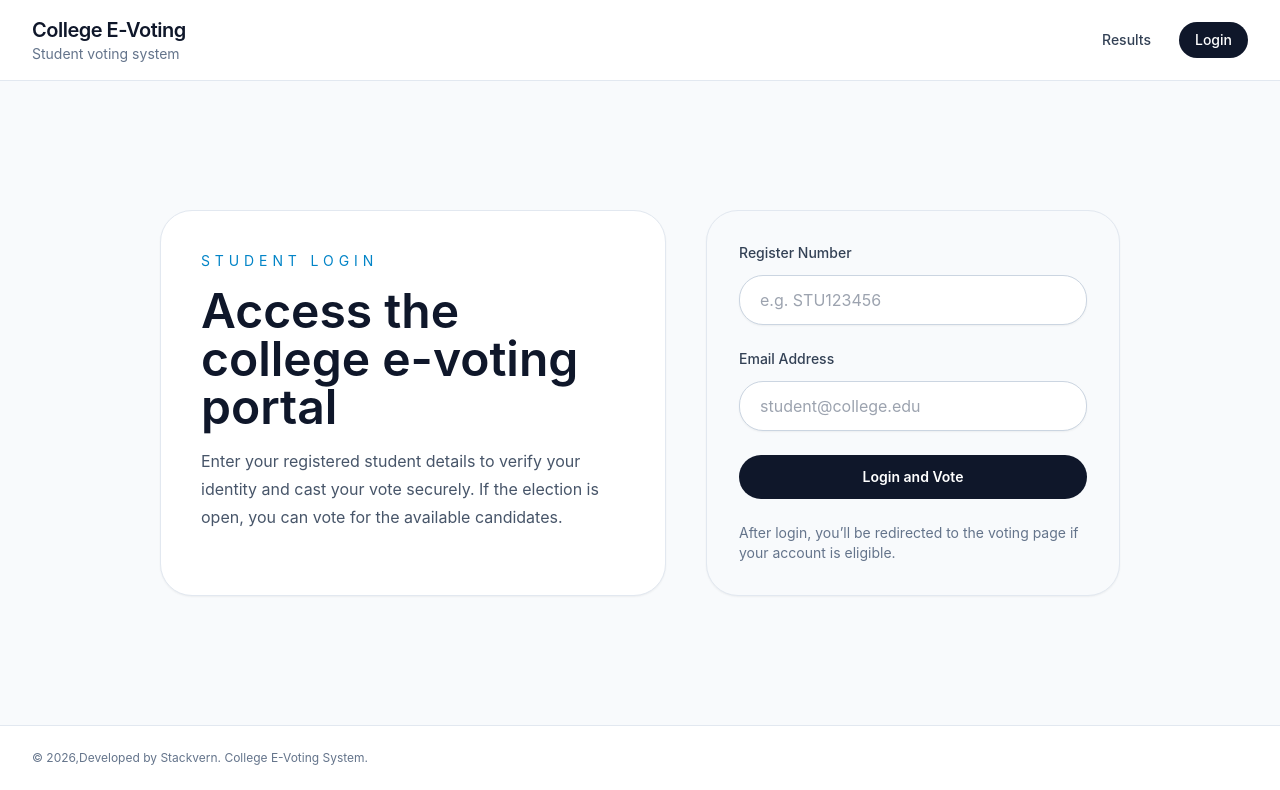
Repository: stackvern/college-evoting
Page: / (app in client/)
These files come from the project's save history. The page is drawn as it stood at one moment and after the next save; the edit follows.
The browser window is 1280 px wide. The pictures show the whole page.
The project was rebuilt for these pictures with package versions that can differ from the ones it lists, and the page was loaded fresh each time. Also part of the build but not shown: client/vite.config.js, client/src/components/ProtectedRoute.jsx, client/src/components/AdminProtectedRoute.jsx, client/src/pages/VotePage.jsx, client/src/pages/ResultPage.jsx, client/src/pages/AdminLoginPage.jsx, client/src/pages/AdminDashboard.jsx.

Above is the page before, as saved 2026-07-19 12:29:40.

### client/index.html
<!DOCTYPE html>
<html lang="en">
  <head>
    <meta charset="UTF-8" />
    <meta name="viewport" content="width=device-width, initial-scale=1.0" />
    <title>College E-Voting System</title>
  </head>
  <body>
    <div id="root"></div>
    <script type="module" src="/src/main.jsx"></script>
  </body>
</html>

### client/src/App.jsx
import React from 'react';
import { Navigate, Route, Routes } from 'react-router-dom';
import Layout from './components/Layout';
import ProtectedRoute from './components/ProtectedRoute';
import AdminProtectedRoute from './components/AdminProtectedRoute';
import LoginPage from './pages/LoginPage';
import VotePage from './pages/VotePage';
import ResultPage from './pages/ResultPage';
import AdminLoginPage from './pages/AdminLoginPage';
import AdminDashboard from './pages/AdminDashboard';

function App() {
  return (
    <Routes>
      <Route path="/" element={<Layout />}>
        <Route index element={<Navigate to="/login" replace />} />
        <Route path="login" element={<LoginPage />} />
        <Route path="vote" element={<ProtectedRoute><VotePage /></ProtectedRoute>} />
        <Route path="results" element={<ResultPage />} />
        <Route path="admin/login" element={<AdminLoginPage />} />
        <Route path="admin" element={<AdminProtectedRoute><AdminDashboard /></AdminProtectedRoute>} />
        <Route path="*" element={<Navigate to="/login" replace />} />
      </Route>
    </Routes>
  );
}

export default App;

### client/src/index.css
@tailwind base;
@tailwind components;
@tailwind utilities;

:root {
  color-scheme: light;
}

body {
  margin: 0;
  font-family: Inter, ui-sans-serif, system-ui, -apple-system, BlinkMacSystemFont, 'Segoe UI', sans-serif;
  background-color: #f8fafc;
  color: #0f172a;
}

* {
  box-sizing: border-box;
}

button,
input,
textarea,
select {
  font: inherit;
}

button:focus,
input:focus,
textarea:focus,
select:focus {
  outline: none;
}

### client/src/components/Layout.jsx
import React from 'react';
import { Link, Outlet, useNavigate } from 'react-router-dom';

const Layout = () => {
  const navigate = useNavigate();
  const token = localStorage.getItem('authToken');

  const handleLogout = () => {
    localStorage.removeItem('authToken');
    localStorage.removeItem('studentData');
    navigate('/login');
  };

  return (
    <div className="min-h-screen bg-slate-50 text-slate-900">
      <header className="border-b border-slate-200 bg-white/90 backdrop-blur-md">
        <div className="mx-auto flex max-w-7xl items-center justify-between px-4 py-4 sm:px-6 lg:px-8">
          <div>
            <Link to="/" className="text-xl font-semibold tracking-tight text-slate-900">
              College E-Voting
            </Link>
            <p className="text-sm text-slate-500">Student voting system</p>
          </div>
          <nav className="flex items-center gap-3 text-sm font-medium text-slate-700">
            <Link className="rounded-full px-4 py-2 transition hover:bg-slate-100" to="/results">
              Results
            </Link>
            {token ? (
              <>
                <Link className="rounded-full px-4 py-2 transition hover:bg-slate-100" to="/vote">
                  Vote
                </Link>
                <button className="rounded-full bg-slate-900 px-4 py-2 text-white transition hover:bg-slate-800" onClick={handleLogout}>
                  Logout
                </button>
              </>
            ) : (
              <Link className="rounded-full bg-slate-900 px-4 py-2 text-white transition hover:bg-slate-800" to="/login">
                Login
              </Link>
            )}
          </nav>
        </div>
      </header>
      <main className="px-4 py-8 sm:px-6 lg:px-8">
        <Outlet />
      </main>
      <footer className="border-t border-slate-200 bg-white py-6">
        <div className="mx-auto max-w-7xl px-4 text-xs text-slate-500 sm:px-6 lg:px-8">
          © {new Date().getFullYear()},Developed by Stackvern. College E-Voting System.
        </div>
      </footer>
    </div>
  );
};

export default Layout;

### client/src/pages/LoginPage.jsx
import React, { useEffect, useState } from 'react';
import { useNavigate } from 'react-router-dom';
import api from '../api/axios';

const LoginPage = () => {
  const navigate = useNavigate();
  const [registerNumber, setRegisterNumber] = useState('');
  const [email, setEmail] = useState('');
  const [loading, setLoading] = useState(false);
  const [error, setError] = useState('');

  useEffect(() => {
    if (localStorage.getItem('authToken')) {
      navigate('/vote');
    }
  }, [navigate]);

  const handleSubmit = async (event) => {
    event.preventDefault();
    setError('');
    setLoading(true);

    try {
      const response = await api.post('/api/student/login', {
        register_number: registerNumber,
        email
      });

      if (response.data?.success) {
        localStorage.setItem('authToken', response.data.token);
        localStorage.setItem('studentData', JSON.stringify(response.data.student));
        navigate('/vote');
      } else {
        setError(response.data?.message || 'Login failed.');
      }
    } catch (err) {
      setError(err?.response?.data?.message || 'Login failed. Please check your credentials.');
    } finally {
      setLoading(false);
    }
  };

  return (
    <div className="mx-auto flex min-h-[calc(100vh-140px)] max-w-5xl flex-col justify-center px-4 py-10 sm:px-6 lg:px-8">
      <div className="grid gap-10 xl:grid-cols-[1.1fr_0.9fr]">
        <section className="rounded-[32px] border border-slate-200 bg-white p-10 shadow-sm">
          <div className="space-y-4">
            <p className="text-sm uppercase tracking-[0.35em] text-sky-600">Student login</p>
            <h1 className="text-4xl font-semibold text-slate-900 sm:text-5xl">Access the college e-voting portal</h1>
            <p className="max-w-2xl text-base leading-7 text-slate-600">Enter your registered student details to verify your identity and cast your vote securely. If the election is open, you can vote for the available candidates.</p>
          </div>
        </section>

        <form onSubmit={handleSubmit} className="rounded-[32px] border border-slate-200 bg-slate-50 p-8 shadow-sm">
          <div className="space-y-6">
            <div>
              <label htmlFor="register" className="block text-sm font-medium text-slate-700">Register Number</label>
              <input
                id="register"
                type="text"
                value={registerNumber}
                onChange={(e) => setRegisterNumber(e.target.value)}
                className="mt-3 w-full rounded-3xl border border-slate-300 bg-white px-5 py-3 text-slate-900 shadow-sm outline-none transition focus:border-sky-500 focus:ring-4 focus:ring-sky-100"
                placeholder="e.g. STU123456"
              />
            </div>
            <div>
              <label htmlFor="email" className="block text-sm font-medium text-slate-700">Email Address</label>
              <input
                id="email"
                type="email"
                value={email}
                onChange={(e) => setEmail(e.target.value)}
                className="mt-3 w-full rounded-3xl border border-slate-300 bg-white px-5 py-3 text-slate-900 shadow-sm outline-none transition focus:border-sky-500 focus:ring-4 focus:ring-sky-100"
                placeholder="student@college.edu"
              />
            </div>
            {error && (
              <div className="rounded-3xl border border-rose-200 bg-rose-50 px-5 py-4 text-sm text-rose-700">
                {error}
              </div>
            )}
            <button
              type="submit"
              disabled={loading}
              className="inline-flex w-full items-center justify-center rounded-3xl bg-slate-900 px-5 py-3 text-sm font-semibold text-white transition hover:bg-slate-800 disabled:cursor-not-allowed disabled:opacity-60"
            >
              {loading ? 'Verifying...' : 'Login and Vote'}
            </button>
            <p className="text-sm text-slate-500">
              After login, you’ll be redirected to the voting page if your account is eligible.
            </p>
          </div>
        </form>
      </div>
    </div>
  );
};

export default LoginPage;

### client/src/api/axios.js
import axios from 'axios';

const api = axios.create({
  baseURL: 'http://localhost:5000',
  headers: {
    'Content-Type': 'application/json'
  }
});

api.interceptors.request.use(
  (config) => {
    const token = localStorage.getItem('adminToken') || localStorage.getItem('authToken');
    if (token) {
      config.headers = {
        ...config.headers,
        Authorization: `Bearer ${token}`
      };
    }
    return config;
  },
  (error) => Promise.reject(error)
);

export default api;

### client/tailwind.config.js
export default {
  content: ['./index.html', './src/**/*.{js,jsx}'],
  theme: {
    extend: {}
  },
  plugins: []
};

Loaded but not shown: client/src/main.jsx (common file)

After the next save:
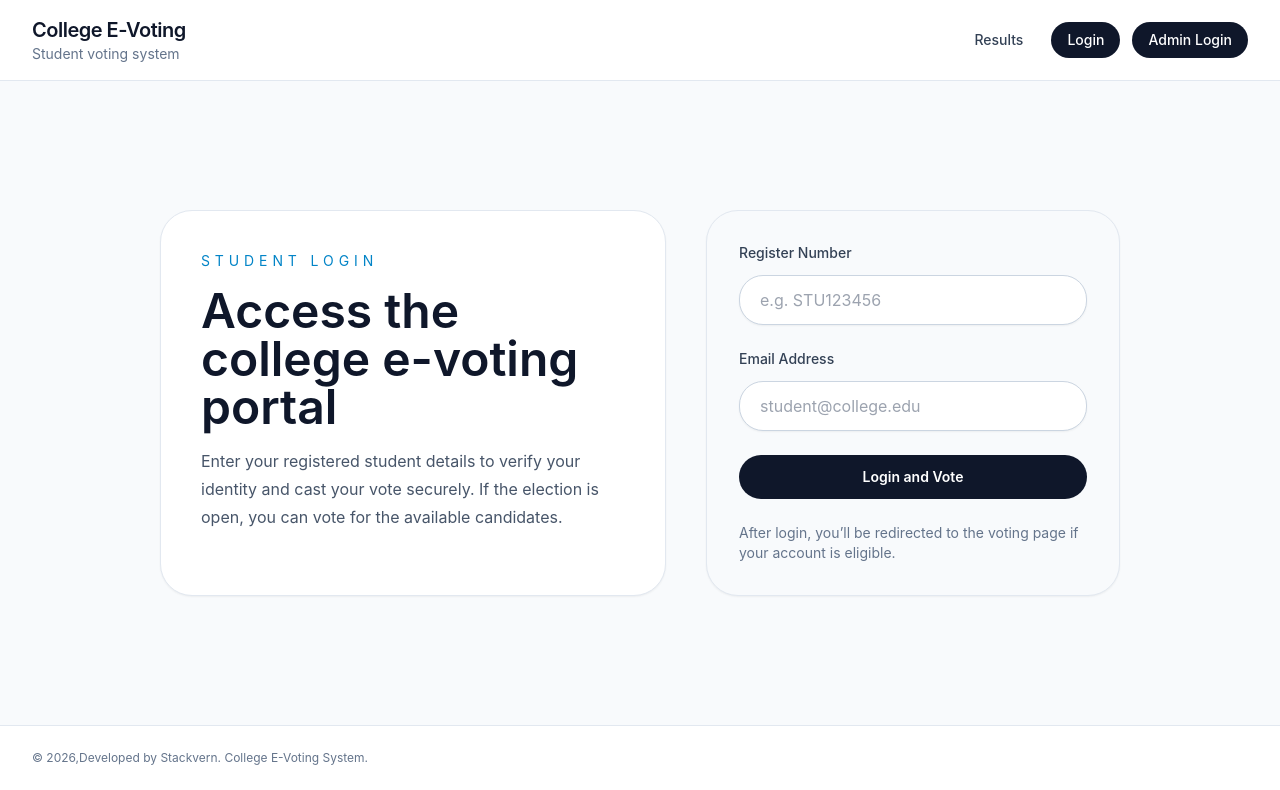
Saved 43 s later.
--- a/client/src/components/Layout.jsx
+++ b/client/src/components/Layout.jsx
@@ -5,10 +5,19 @@ const Layout = () => {
   const navigate = useNavigate();
   const token = localStorage.getItem('authToken');
 
+  const studentToken = localStorage.getItem('authToken');
+  const adminToken = localStorage.getItem('adminToken');
+
   const handleLogout = () => {
     localStorage.removeItem('authToken');
     localStorage.removeItem('studentData');
     navigate('/login');
+  };
+
+  const handleAdminLogout = () => {
+    localStorage.removeItem('adminToken');
+    localStorage.removeItem('adminData');
+    navigate('/admin/login');
   };
 
   return (
@@ -25,7 +34,7 @@ const Layout = () => {
             <Link className="rounded-full px-4 py-2 transition hover:bg-slate-100" to="/results">
               Results
             </Link>
-            {token ? (
+            {studentToken ? (
               <>
                 <Link className="rounded-full px-4 py-2 transition hover:bg-slate-100" to="/vote">
                   Vote
@@ -37,6 +46,20 @@ const Layout = () => {
             ) : (
               <Link className="rounded-full bg-slate-900 px-4 py-2 text-white transition hover:bg-slate-800" to="/login">
                 Login
+              </Link>
+            )}
+            {adminToken ? (
+              <>
+                <Link className="rounded-full px-4 py-2 transition hover:bg-slate-100" to="/admin">
+                  Admin
+                </Link>
+                <button className="rounded-full bg-slate-900 px-4 py-2 text-white transition hover:bg-slate-800" onClick={handleAdminLogout}>
+                  Admin Logout
+                </button>
+              </>
+            ) : (
+              <Link className="rounded-full bg-slate-900 px-4 py-2 text-white transition hover:bg-slate-800" to="/admin/login">
+                Admin Login
               </Link>
             )}
           </nav>
